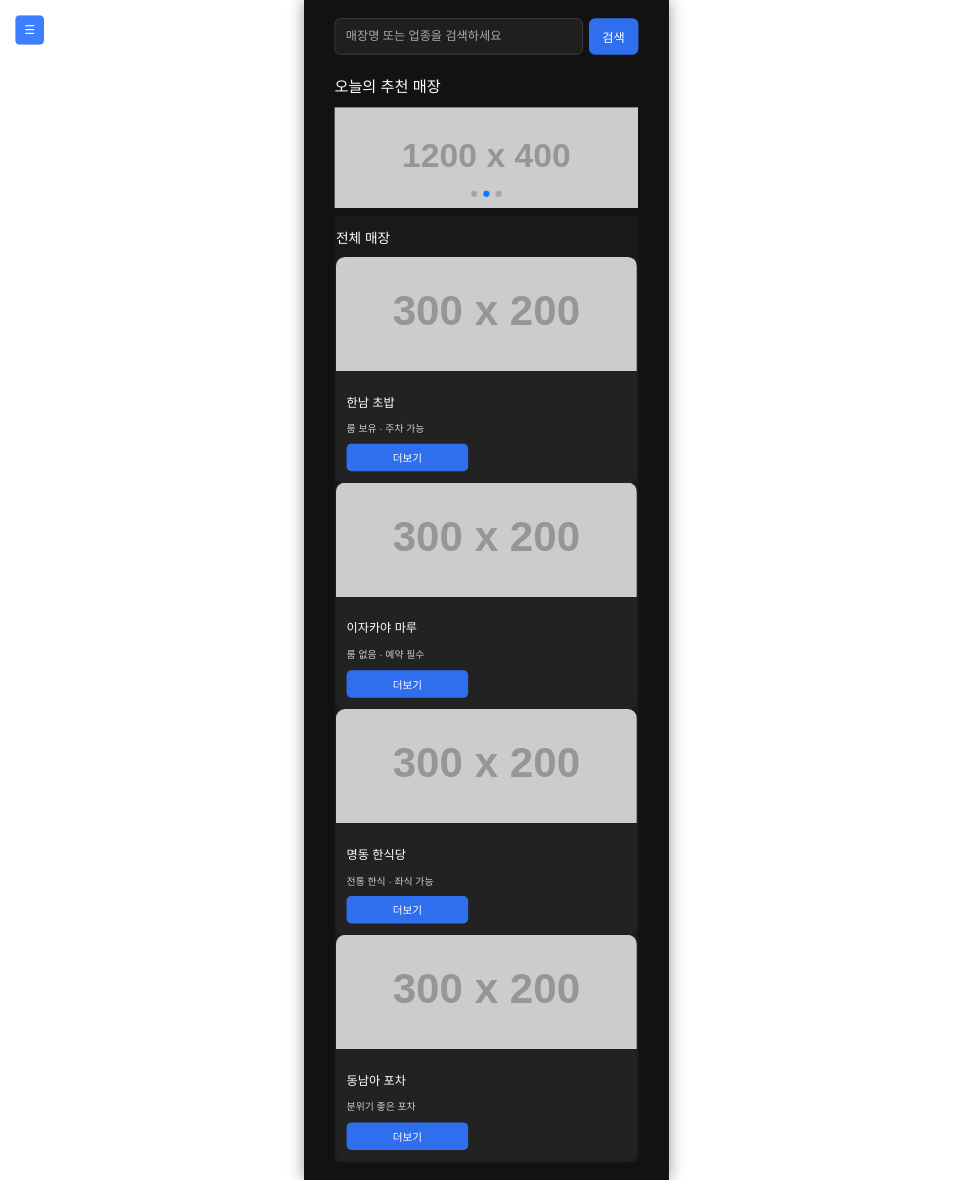
Repository: noiredex/Choplan-API
Page: / (app in choplan/frontend_main/)
These files come from the project's save history. The page is drawn as it stood at one moment and after the next save; the edit follows.
The browser window is 1280 px wide. The pictures show the whole page, at 76% of full size.
The project was rebuilt for these pictures with package versions that can differ from the ones it lists, and the page was loaded fresh each time. Also part of the build but not shown: choplan/frontend_main/vite.config.js, choplan/frontend_main/vite.config.ts, choplan/frontend_main/src/styles/StoreDetailPage.css, choplan/frontend_main/src/pages/StoreDetailPage.jsx.

Above is the page before, as saved 2025-10-29 10:32:20.

### choplan/frontend_main/index.html
<!doctype html>
<html lang="en">
  <head>
    <meta charset="UTF-8" />
    <link rel="icon" type="image/svg+xml" href="/vite.svg" />
    <meta name="viewport" content="width=device-width, initial-scale=1.0" />
    <title>frontend_main</title>
  </head>
  <body>
    <div id="root"></div>
    <script type="module" src="/src/main.jsx"></script>
  </body>
</html>

### choplan/frontend_main/src/App.jsx
import { Routes, Route } from "react-router-dom";
import HomePage from "./pages/HomePage";
import StoreDetailPage from "./pages/StoreDetailPage";
import "./App.css";

export default function App() {
  return (
    <Routes>
      <Route path="/" element={<HomePage />} />
      <Route path="/store/:id" element={<StoreDetailPage />} />
    </Routes>
  );
}

### choplan/frontend_main/src/pages/Homepage.jsx
import React, { useState } from "react";
import Sidebar from "../components/common/Sidebar";
import SearchBar from "../components/home/SearchBar";
import BannerSlider from "../components/home/BannerSlider";
import RecommendedStores from "../components/home/RecommendedStores";
import "../styles/HomePage.css";

export default function HomePage() {
  const [selectedCategory, setSelectedCategory] = useState("전체");
  const [searchQuery, setSearchQuery] = useState("");

  return (
    <div className="home-container">
      {/* 사이드바 */}
      <Sidebar
        selectedCategory={selectedCategory}
        onSelectCategory={setSelectedCategory}
        searchQuery={searchQuery}
      />

      {/* 메인 콘텐츠 */}
      <div className="main-content">
        <SearchBar onSearch={setSearchQuery} />

        {/* 추천 배너 */}
        <section className="banner-section">
          <h2>오늘의 추천 매장</h2>
          <BannerSlider />
        </section>

        {/* 매장 목록 */}
        <section className="store-section">
          <RecommendedStores
            category={selectedCategory}
            searchQuery={searchQuery}
          />
        </section>
      </div>
    </div>
  );
}

### choplan/frontend_main/src/App.css
/* ==============================
   App.css — 전역 스타일
   ============================== */

/* 기본 페이지 레이아웃 */
html, body {
  margin: 0;
  padding: 0;
  background-color: #181818; /* Soft Charcoal */
  color: #E0E0E0;
  font-family: 'Noto Sans KR', sans-serif;
  display: flex;
  justify-content: center;
}

/* 전체 앱을 중앙에 고정 (모바일 480px 기준) */
#root {
  width: 100%;
  max-width: 480px;
  min-height: 100vh;
  background-color: #1E1E1E;
  box-shadow: 0 0 20px rgba(0, 0, 0, 0.4);
  overflow-x: hidden;
  position: relative;
}

/* 스크롤바 다크모드 스타일 */
::-webkit-scrollbar {
  width: 6px;
}
::-webkit-scrollbar-track {
  background: #1a1a1a;
}
::-webkit-scrollbar-thumb {
  background: #444;
  border-radius: 4px;
}
::-webkit-scrollbar-thumb:hover {
  background: #555;
}

/* 공통 버튼 스타일 */
button {
  background-color: #3D7FFF;
  color: white;
  border: none;
  border-radius: 8px;
  padding: 10px 16px;
  cursor: pointer;
  transition: background-color 0.2s ease;
}
button:hover {
  background-color: #5596FF;
}

/* 링크 */
a {
  text-decoration: none;
  color: inherit;
}

### choplan/frontend_main/src/components/common/Sidebar.jsx
import React, { useState, useEffect } from "react";
import "../../styles/Sidebar.css";

export default function Sidebar({ selectedCategory, onSelectCategory, searchQuery }) {
  const [isOpen, setIsOpen] = useState(false);

  const categories = [
    "전체",
    "이자카야",
    "초밥",
    "한식",
    "양식",
    "중식",
    "동남아",
    "인도",
    "기타",
  ];

  // 검색어에 따라 자동 카테고리 선택
  useEffect(() => {
    if (searchQuery && searchQuery.trim() !== "") {
      const matched = categories.find((cat) => searchQuery.includes(cat));
      if (matched) onSelectCategory(matched);
    }
  }, [searchQuery]);

  return (
    <>
      {/* 햄버거 버튼 (항상 노출) */}
      <button
        className="sidebar-toggle"
        onClick={() => setIsOpen(!isOpen)}
        aria-label="메뉴 열기"
      >
        ☰
      </button>

      {/* 오버레이 (열릴 때만) */}
      {isOpen && <div className="overlay" onClick={() => setIsOpen(false)}></div>}

      {/* 세로형 사이드바 */}
      <aside className={`sidebar ${isOpen ? "open" : ""}`}>
        <ul className="sidebar-list">
          {categories.map((category, index) => (
            <li
              key={index}
              className={selectedCategory === category ? "active" : ""}
              onClick={() => {
                onSelectCategory(category);
                setIsOpen(false);
              }}
            >
              {category}
            </li>
          ))}
        </ul>
      </aside>
    </>
  );
}

### choplan/frontend_main/src/components/home/SearchBar.jsx
import React, { useState } from "react";
import "../../styles/SearchBar.css";

export default function SearchBar({ onSearch }) {
  const [query, setQuery] = useState("");

  const handleInputChange = (e) => {
    setQuery(e.target.value);
  };

  const handleSearch = (e) => {
    e.preventDefault();
    onSearch(query);
  };

  return (
    <form className="search-bar" onSubmit={handleSearch}>
      <input
        type="text"
        placeholder="매장명 또는 업종을 검색하세요"
        value={query}
        onChange={handleInputChange}
      />
      <button type="submit">검색</button>
    </form>
  );
}

### choplan/frontend_main/src/components/home/BannerSlider.jsx
import React from "react";
import { Swiper, SwiperSlide } from "swiper/react";
import { Autoplay, Pagination } from "swiper/modules";
import "swiper/css";
import "swiper/css/pagination";
import "../../styles/BannerSlider.css";

export default function BannerSlider() {
  const banners = [
    {
      id: 1,
      img: "https://placehold.co/1200x400/007bff/ffffff?text=오늘의+추천매장+1",
      alt: "추천 매장 1",
    },
    {
      id: 2,
      img: "https://placehold.co/1200x400/f07b00/ffffff?text=오늘의+추천매장+2",
      alt: "추천 매장 2",
    },
    {
      id: 3,
      img: "https://placehold.co/1200x400/008c4a/ffffff?text=오늘의+추천매장+3",
      alt: "추천 매장 3",
    },
  ];

  return (
    <div className="banner-slider-container">
      <Swiper
        modules={[Autoplay, Pagination]}
        pagination={{ clickable: true }}
        autoplay={{ delay: 4000, disableOnInteraction: false }}
        loop={true}
        spaceBetween={0}
        slidesPerView={1}
        className="banner-swiper"
      >
        {banners.map((banner) => (
          <SwiperSlide key={banner.id}>
            <img
              src={banner.img}
              alt={banner.alt}
              className="banner-image"
            />
          </SwiperSlide>
        ))}
      </Swiper>
    </div>
  );
}

### choplan/frontend_main/src/components/home/RecommendedStores.jsx
import React, { useEffect, useState } from "react";
import { useNavigate } from "react-router-dom";
import "../../styles/RecommendedStores.css";

export default function RecommendedStores({ category, searchQuery }) {
  const [stores, setStores] = useState([]);
  const navigate = useNavigate(); // 페이지 이동 훅

  // 예시 데이터 (실제 API 연결 시 이 부분 대체)
  const allStores = [
    { id: 1, name: "한남 초밥", category: "초밥", desc: "룸 보유 · 주차 가능", img: "https://placehold.co/300x200" },
    { id: 2, name: "이자카야 마루", category: "이자카야", desc: "룸 없음 · 예약 필수", img: "https://placehold.co/300x200" },
    { id: 3, name: "명동 한식당", category: "한식", desc: "전통 한식 · 좌식 가능", img: "https://placehold.co/300x200" },
    { id: 4, name: "동남아 포차", category: "동남아", desc: "분위기 좋은 포차", img: "https://placehold.co/300x200" },
  ];

  useEffect(() => {
    let filtered = allStores;

    // 검색어 반영
    if (searchQuery) {
      filtered = filtered.filter((store) =>
        store.name.toLowerCase().includes(searchQuery.toLowerCase())
      );
    }

    // 카테고리 반영
    if (category && category !== "전체") {
      filtered = filtered.filter((store) => store.category === category);
    }

    setStores(filtered);
  }, [category, searchQuery]);

  return (
    <div className="recommended-stores">
      <h2>{category ? category : "전체"} 매장</h2>

      <div className="store-grid">
        {stores.length > 0 ? (
          stores.map((store) => (
            <div className="store-card" key={store.id}>
              <img src={store.img} alt={store.name} />
              <div className="store-info">
                <h3>{store.name}</h3>
                <p>{store.desc}</p>
                <button onClick={() => navigate(`/store/${store.id}`)}>더보기</button>
              {/* 더보기 클릭시 /store/매장id 페이지로 이동 */}
              </div>
            </div>
          ))
        ) : (
          <p className="no-results">검색 결과가 없습니다.</p>
        )}
      </div>
    </div>
  );
}

### choplan/frontend_main/src/styles/HomePage.css
/* ===== 기본 구조 ===== */
.home-container {
  display: flex;
  flex-direction: row;
  align-items: stretch;
  justify-content: flex-start;
  width: 100%;
  min-height: 100vh;
  background-color: #121212; /* 다크모드 배경 */
  overflow: hidden;
  box-sizing: border-box;
  color: #f0f0f0;
}

/* ===== 메인 콘텐츠 ===== */
.main-content {
  flex: 1;
  display: flex;
  flex-direction: column;
  justify-content: flex-start;
  align-items: stretch;
  padding: 24px 40px;
  overflow-y: auto;
  transition: all 0.3s ease;
}

/* ===== 검색바 ===== */
.search-bar {
  margin-bottom: 10px; /* 기존보다 10px 줄임 */
}

/* ===== 베너 섹션 ===== */
.benner-section {
  text-align: center;
  margin-top: 10px; /* 기존보다 10px 줄임 */
  margin-bottom: 20px; /* 아래 ‘전체매장’ 간격 줄임 */
  display: flex;
  flex-direction: column;
  align-items: center;
}

.banner-section h2 {
  font-size: 20px; /* 기존 24px → 20px */
  font-weight: 700;
  color: #ffffff;
  margin-bottom: 12px;
}

.banner-section .swiper-container {
  width: 100%;
  max-width: 1200px;
  aspect-ratio: 16 / 9;
  border-radius: 12px;
  overflow: hidden;
  object-fit: cover;
  height: auto !important;
  flex-shrink: 0;
}

.banner-section .swiper-slide img {
  width: 100%;
  height: 100%;
  object-fit: cover;
  display: block;
}

/* ===== 추천 매장 섹션 ===== */
.store-section {
  width: 100%;
  margin-top: 10px; /* 기존보다 10px 줄임 */
  flex-grow: 1;
}

/* 반응형 대응 */
@media (max-width: 1024px) {
  .banner-section h2 {
    font-size: 18px;
  }
}

### choplan/frontend_main/src/styles/Sidebar.css
/* ==============================
   Sidebar.css — 카테고리 & 햄버거 버튼
   ============================== */

/* ===== 사이드바 전체 ===== */
.sidebar {
  position: fixed;
  top: 0;
  left: 0;
  width: 220px;
  height: 100%;
  background: #202020; /* Soft Charcoal */
  border-right: 1px solid #2c2c2c;
  overflow-y: auto;
  transform: translateX(-100%);
  transition: transform 0.3s ease-in-out;
  z-index: 1000;
}

/* 열렸을 때 */
.sidebar.open {
  transform: translateX(0);
}

/* ===== 햄버거 버튼 ===== */
.sidebar-toggle {
  position: fixed;
  top: 20px;
  left: 20px;
  z-index: 1100;
  background: #3D7FFF;
  color: white;
  border: none;
  border-radius: 6px;
  padding: 10px 12px;
  font-size: 16px;
  cursor: pointer;
  transition: background 0.2s ease;
}

.sidebar-toggle:hover {
  background: #5596FF;
}

/* ===== 카테고리 리스트 ===== */
.sidebar-list {
  list-style: none;
  margin: 70px 0 0 0; /* 버튼 아래쪽 여백 확보 */
  padding: 0;
  display: flex;
  flex-direction: column;
}

.sidebar-list li {
  padding: 14px 18px;
  color: #E0E0E0;
  font-size: 15px;
  cursor: pointer;
  border-bottom: 1px solid #2b2b2b;
  transition: all 0.2s ease;
}

.sidebar-list li:hover {
  background-color: #2a2a2a;
}

.sidebar-list li.active {
  background-color: #3D7FFF;
  color: #fff;
  font-weight: 600;
}

/* “전체” 항목 상단 고정 */
.sidebar-list li:first-child {
  position: sticky;
  top: 0;
  background: #202020;
  z-index: 3;
  font-weight: bold;
  border-bottom: 1px solid #2c2c2c;
}

/* ===== 스크롤바 ===== */
.sidebar-list::-webkit-scrollbar {
  width: 6px;
}
.sidebar-list::-webkit-scrollbar-thumb {
  background: #333;
  border-radius: 3px;
}
.sidebar-list::-webkit-scrollbar-thumb:hover {
  background: #444;
}

/* ===== 반응형 ===== */
@media (max-width: 1024px) {
  .sidebar {
    width: 220px;
  }
}

@media (max-width: 600px) {
  .sidebar {
    width: 200px;
  }

  .sidebar-list li {
    font-size: 14px;
    padding: 12px 14px;
  }

  .sidebar-toggle {
    padding: 8px 10px;
    font-size: 14px;
    top: 15px;
    left: 15px;
  }
}

### choplan/frontend_main/src/styles/SearchBar.css
.search-bar {
  display: flex;
  align-items: center; /* 세로 중앙 정렬 */
  justify-content: center;
  width: 100%;
  max-width: 600px;
  margin: 0 auto;
}

.search-bar input {
  flex: 1;
  height: 48px; /* 버튼과 동일 높이 */
  padding: 0 14px;
  border: 1px solid #444;
  border-radius: 8px;
  background-color: #1f1f1f;
  color: #f0f0f0;
  font-size: 16px;
  outline: none;
  box-sizing: border-box;
}

.search-bar input::placeholder {
  color: #aaa;
}

.search-bar button {
  height: 48px; /* input과 완전 동일 높이 */
  padding: 0 18px;
  border: none;
  background-color: #2f6fed;
  color: white;
  font-size: 16px;
  border-radius: 8px;
  margin-left: 8px; /* input과의 간격 */
  cursor: pointer;
  transition: background-color 0.2s ease;
}

.search-bar button:hover {
  background-color: #1d56c4;
}

### choplan/frontend_main/src/styles/BannerSlider.css
/* ==============================
   BannerSlider.css — 자동 슬라이드 배너
   ============================== */

/* ===== 배너 전체 ===== */
.banner-slider {
  position: relative;
  width: 100%;
  max-width: 440px;
  margin: 0 auto;
  border-radius: 12px;
  overflow: hidden;
  background-color: #2A2A2A;
  box-shadow: 0 4px 10px rgba(0, 0, 0, 0.3);
}

/* ===== 슬라이드 이미지 ===== */
.banner-slide {
  width: 100%;
  aspect-ratio: 16 / 9;
  display: flex;
  align-items: center;
  justify-content: center;
  background-color: #1E1E1E;
}

.banner-slide img {
  width: 100%;
  height: 100%;
  object-fit: cover;
  display: block;
}

/* ===== 인디케이터 점 ===== */
.banner-indicators {
  position: absolute;
  bottom: 12px;
  left: 50%;
  transform: translateX(-50%);
  display: flex;
  gap: 6px;
  z-index: 10;
}

.indicator {
  width: 8px;
  height: 8px;
  background-color: rgba(255, 255, 255, 0.4);
  border-radius: 50%;
  cursor: pointer;
  transition: background-color 0.3s;
}

.indicator.active {
  background-color: #3D7FFF;
}

/* ===== 슬라이드 전환 효과 ===== */
.swiper-slide {
  transition: transform 0.6s ease-in-out;
}

/* ===== 반응형 ===== */
@media (min-width: 1025px) {
  body {
    display: flex;
    justify-content: center;
    background-color: #181818;
  }

  #root {
    width: 480px;
  }

  .banner-slider {
    max-width: 480px;
  }
}

@media (max-width: 600px) {
  .banner-slider {
    max-width: 95%;
  }

  .banner-indicators {
    bottom: 8px;
  }

  .indicator {
    width: 7px;
    height: 7px;
  }
}

### choplan/frontend_main/src/styles/RecommendedStores.css
/* ===== 컨테이너 ===== */
.recommended-stores {
  padding: 2px;
  background: #1a1a1a;
}

/* ===== 섹션 제목 ===== */
.recommended-stores h2 {
  font-size: 18px; /* ‘오늘의 추천 매장’과 동일한 크기 */
  margin-bottom: 10px;
  font-weight: 600;
  color: #ffffff;
}

/* ===== 매장 카드 그리드 ===== */
.store-grid {
  display: grid;
  gap: 1px;
  width: 100%;
  max-width: 1200px;
  margin: 0 auto;
  grid-template-columns: repeat(auto-fit, minmax(280px, 1fr));
  transition: all 0.3s ease;
}

/* ===== 매장 카드 ===== */
.store-card {
  background: #222;
  border-radius: 12px;
  overflow: hidden;
  box-shadow: 0 2px 6px rgba(255, 255, 255, 0.05);
  display: flex;
  flex-direction: column;
  transition: transform 0.2s ease;
}

.store-card:hover {
  transform: translateY(-3px);
}

.store-card img {
  width: 100%;
  height: 150px;
  object-fit: cover;
}

.store-info {
  padding: 14px;
}

.store-info h3 {
  font-size: 16px;
  margin-bottom: 6px;
  color: #fff;
}

.store-info p {
  font-size: 13px;
  color: #ccc;
  margin-bottom: 10px;
}

.store-info button {
  width: 100%;
  max-width: 160px;
  padding: 8px 0;
  border: none;
  background-color: #2f6fed;
  color: white;
  font-size: 14px;
  border-radius: 6px;
  cursor: pointer;
  transition: background-color 0.2s ease;
}

.store-info button:hover {
  background-color: #1d56c4;
}

Loaded but not shown: choplan/frontend_main/src/main.jsx (common file); choplan/frontend_main/src/index.css (common file)

After the next save:
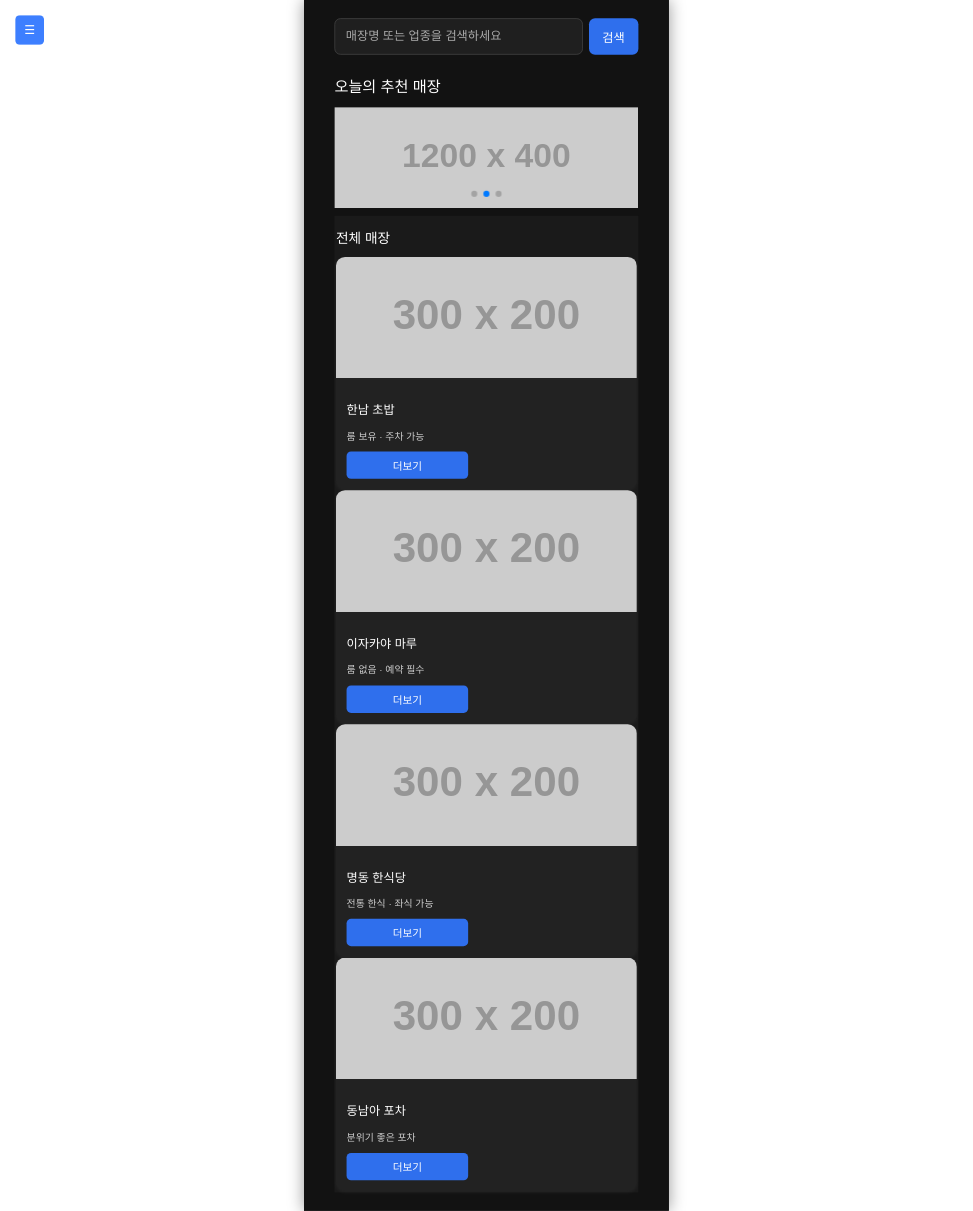
Saved 7 s later.
--- a/choplan/frontend_main/src/styles/RecommendedStores.css
+++ b/choplan/frontend_main/src/styles/RecommendedStores.css
@@ -40,7 +40,7 @@
 
 .store-card img {
   width: 100%;
-  height: 150px;
+  height: 160px;
   object-fit: cover;
 }
 
